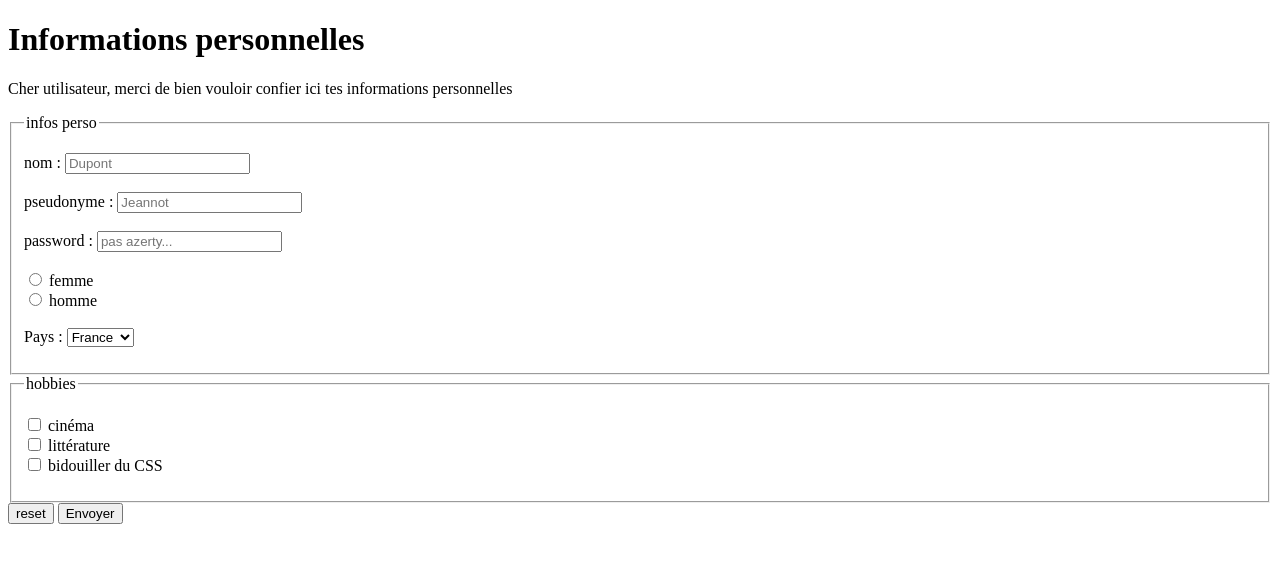
Repository: FabiendeBelleville/test
Page: GTM-eclipse-workspace-Fabien_Drouin/fabienFormulaire/WebContent/formulaire.html
The author's editor kept a copy of each file at every save. The page is drawn from the files as they stood at one save, then again after the next save.
The browser window is 1280 px wide. The pictures show the whole page.

Above is the page before, as saved 2018-10-01 14:18:06.

### GTM-eclipse-workspace-Fabien_Drouin/fabienFormulaire/WebContent/formulaire.html
<!DOCTYPE html>
<html>
<head>
<meta charset="ISO-8859-1">
<title>Formulaire</title>
</head>
<body>

	<h1>Informations personnelles</h1>
	<p>Cher utilisateur, merci de bien vouloir confier ici tes
		informations personnelles</p>

	<form method="post" action="CestQui">
		<fieldset>
			<legend>infos perso</legend>

			<p>
				nom : <input type="text" name="nom" placeholder="Dupont" /> <br>
				<br> pseudonyme : <input type="text" name="pseudonyme"
					placeholder="Jeannot" /> <br> <br> password : <input
					type="text" name="password" placeholder="pas azerty..." /> <br />
				<br /> <input type="radio" name="sex" value="femme" id="femme" />
				<label for="femme">femme</label> <br /> <input type="radio"
					name="sex" value="homme" id="homme" /> <label for="homme">homme</label>
				<br />





			<br> Pays :
				<select name="hobbies" id="hobbies">

					<option value="France">France</option>
					<option value="Grece">Grece</option>
					<option value="Albanie">Albanie</option>
					<option value="Nigeria">Nigeria</option>

				</select>
			</p>


		</fieldset>


		<fieldset>
			<legend>hobbies</legend>



			<p>
				 <input type="checkbox" name="java" id="java" /> <label for="java">cinéma</label><br />
					<input type="checkbox" name="html" id="html" /> <label for="html">littérature</label><br />
					<input type="checkbox" name="CSS" id="CSS" /> <label for="epinards">bidouiller du CSS</label><br />
			</p>


		</fieldset>

		<input type="reset" value="reset" /> <input type="submit"
			value="Envoyer" />
	</form>




</body>
</html>

After the next save:
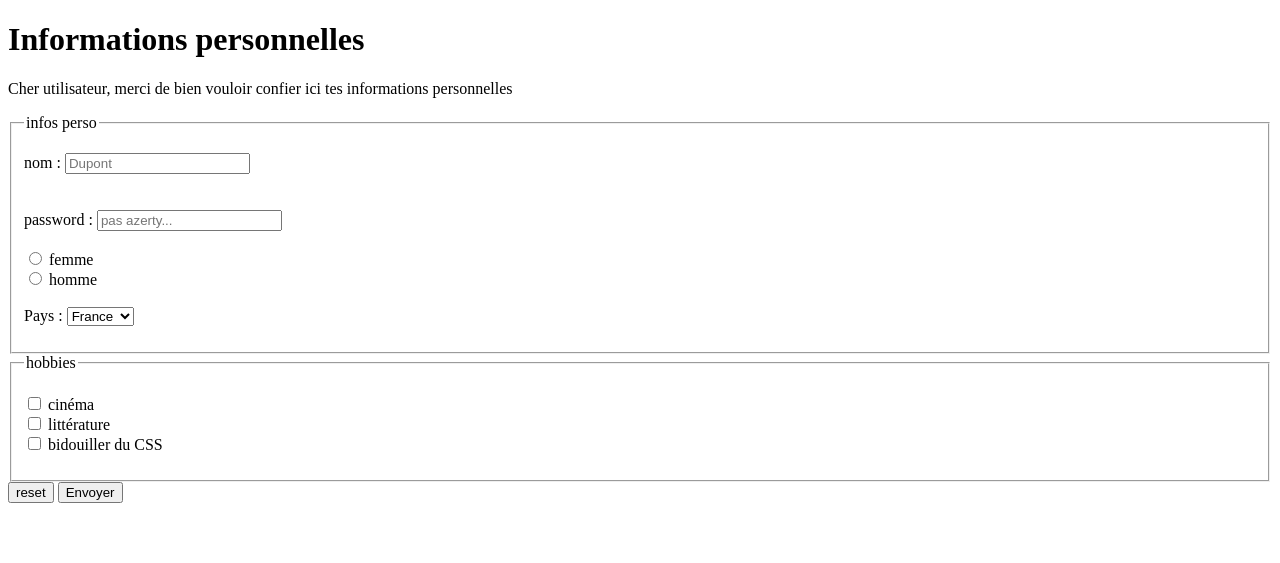
Saved 2 min 8 s later.
--- a/GTM-eclipse-workspace-Fabien_Drouin/fabienFormulaire/WebContent/formulaire.html
+++ b/GTM-eclipse-workspace-Fabien_Drouin/fabienFormulaire/WebContent/formulaire.html
@@ -16,8 +16,7 @@
 
 			<p>
 				nom : <input type="text" name="nom" placeholder="Dupont" /> <br>
-				<br> pseudonyme : <input type="text" name="pseudonyme"
-					placeholder="Jeannot" /> <br> <br> password : <input
+				<br> <br> password : <input
 					type="text" name="password" placeholder="pas azerty..." /> <br />
 				<br /> <input type="radio" name="sex" value="femme" id="femme" />
 				<label for="femme">femme</label> <br /> <input type="radio"
